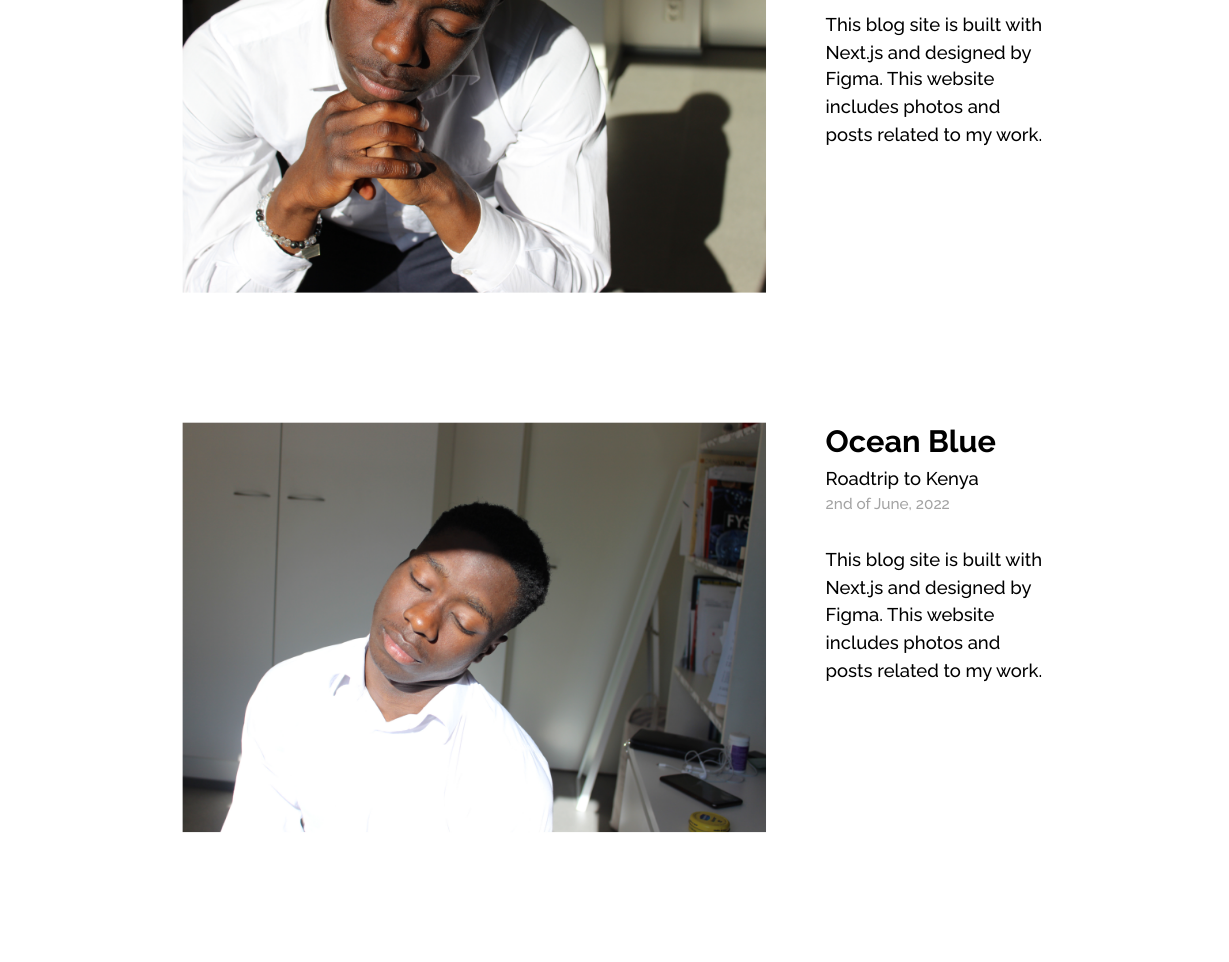
Repository: Graquick/Blog
Page: /photos
An editor plug-in stored every save of this project. The page is shown before and after the next save, followed by the edit.
The browser window is 1280 px wide. The pictures show the whole page, at 96% of full size.
The project was rebuilt for these pictures with package versions that can differ from the ones it lists, and the page was loaded fresh each time. The framework's server and built-in components were replaced by stand-ins that run in the browser. Also part of the build but not shown: next.config.js, components/Footer.js.

Above is the page before, as saved 2022-07-07 14:30:25.

### pages/_app.js
import React, { useState, useEffect, useRef, useCallback } from 'react';
import { AnimatePresence } from 'framer-motion'
import { ThemeProvider } from 'next-themes'
import { useRouter } from 'next/router'
import '../styles/globals.css'

function MyApp({ Component, pageProps }) {
  const timeoutRef = useRef();

  const clearTimer = useCallback(
    () => clearTimeout(timeoutRef.current),
    []
  );

  // useEffect(() => {
  //   if (timeoutRef.current) clearTimer();

  //   timeoutRef.current = setTimeout(() => {
  //     window.scrollTo(0, 0);
  //   }, 10);

  //   return () => {
  //     clearTimer();
  //   };
  // }, [clearTimer]);

  useEffect(() => {
    window.history.scrollRestoration = 'manual'
  }, []);


  return (
    <AnimatePresence>
      <ThemeProvider attribute="class">
        <Component {...pageProps} />
      </ThemeProvider>
    </AnimatePresence>
  )
}

export default MyApp

### pages/_document.js
import { Html, Head, Main, NextScript } from 'next/document'

export default function Document() {
  return (
    <Html>
      <Head />
      <body style={{ fontFamily: "Raleway, Roboto", scrollBehavior: "smooth" }}>
        <Main />
        <NextScript />
      </body>
    </Html>
  )
}

### pages/photos.js
import React, { useState, useEffect, useRef } from 'react';
import Head from 'next/head';
import Image from 'next/image';
import Link from 'next/link';
import { useRouter } from 'next/router';
import { motion, AnimatePresence } from 'framer-motion';
import { Icon } from '@iconify/react';

import profile from '../public/profile.png'
import photo1 from '../public/photo-1.png'
import photo2 from '../public/photo-2.png'

import Footer from "../components/Footer";
import Header from "../components/Header";

const photos = [
    { id: 1, src: photo1 },
    { id: 2, src: photo2 }
]

const desc = [
    { id: 1, title: 'Savannah', info: "Roadtrip to Kenya", date: "2nd of June, 2022", text: "This blog site is built with Next.js and designed by Figma. This website includes photos and posts related to my work." },
    { id: 2, title: 'Ocean Blue', info: "Roadtrip to Kenya", date: "2nd of June, 2022", text: "This blog site is built with Next.js and designed by Figma. This website includes photos and posts related to my work."}
]

const layInfo = {
    fixed: "absolute bottom-[4rem] right-0 m-auto flex flex w-[230px] justify-between"
}

export default function Photos() {
  return (
    <>
      <motion.main className="min-h-screen">
          <div className="absolute top-0 bottom-0 left-0 right-0 m-auto w-fit h-fit">
            <Header />
            <div className="w-[900px] h-fit flex justify-between">
              <div>
                {photos.map((img, i) => (
                  <div key={i} className="mb-32">
                    <Image src={img.src}
                      alt="Img"
                      width={608}
                      height={427}
                      blurDataURL={profile}
                      placeholder="blur"
                      priority
                    />
                  </div>
                ))}
              </div>

              <div>
                {desc.map((desc, i) => (
                  <div key={i} className="w-[230px] h-[430px] flex flex-col gap-8 mb-32">
                    <div>
                      <h1 className="text-[2rem] font-bold w-fit">{desc.title}</h1>
                      <p className="font-medium text-[1.2rem] cursor-default">{desc.info}</p>
                      <span className="font-medium cursor-default text-neutral-400">{desc.date}</span>
                    </div>
                    <p className="font-medium text-[1.2rem] cursor-default">{desc.text}</p>
                  </div>
                ))}
              </div>

              {/* <div className="w-[230px] h-full flex flex-col justify-between">
                <h1 className="text-[2.25rem] font-bold leading-10">Brima Freeman</h1>
                <div className="h-[215px] flex flex-col justify-between">
                  <p className="text-[.9rem]">Hey, I&apos;m a Frontend Developer based in Finland. I enjoy working with Next.js and crafting beautiful front-end experiences.
                  </p>
                  <p className="text-[.9rem]">
                  This blog site is built with Next.js and designed by Figma. This website includes photos and posts related to my work.
                  </p>
                </div>
                <Footer />
              </div> */}
            </div>
        </div>
      </motion.main>
    </>
  )
}

### styles/globals.css
@import url('https://fonts.googleapis.com/css2?family=Press+Start+2P&family=Raleway:wght@300;400;500;600;700&family=Roboto:wght@300;400;500;700&display=swap');
@tailwind base;
@tailwind components;
@tailwind utilities;

* {
  box-sizing: border-box;
}

html,
body {
  padding: 0;
  margin: 0;
}

### components/Header.js
import React, { useState, useEffect, useRef } from 'react';
import Head from 'next/head';
import Image from 'next/image';
import Link from 'next/link';
import { useRouter } from 'next/router';
import { motion, AnimatePresence } from 'framer-motion';
import { Icon } from '@iconify/react';

const Logo = () => {
    return (
        <div className="w-fit flex justify-center gap-2 cursor-pointer transition-all duration-150 ease-in-out group">
            <div className="text-[1.5rem] font-bold uppercase bg-black text-white w-16 h-16 flex items-end justify-end py-0 px-1 ease-in-out dark:bg-zinc-500 dark:text-zinc-400">bf</div><div className="text-[1.5rem] flex items-end justify-end font-bold uppercase text-black ease-in-out dark:text-zinc-500">
                blog
            </div>
        </div>
    )
}

const links = [
    { id: 1, title: 'About', href: '/'},
    { id: 2, title: 'Photos', href: '/photos'},
    { id: 3, title: 'Posts', href: '/posts'}
]

function Header() {
    const router = useRouter();
  return (
    <>
        <main className="left-0 m-auto right-0 py-8 w-full mb-8 h-[8rem] flex justify-between items-center">
            <div >
                <Logo />
            </div>

            <nav className="h-fit">
                <ul className="flex w-[230px] justify-between">
                    {links.map((links, i) => (
                        <div key={i}>
                            <li className={router.pathname === links.href ? "underline-offset-4 underline" : ""}>
                                <Link href={links.href}>
                                    {links.title}
                                </Link>
                            </li>
                        </div>
                    ))}
                </ul>
            </nav>
        </main>
    </>
  )
}

export default Header

### tailwind.config.js
module.exports = {
  content: [
    "./pages/**/*.{js,ts,jsx,tsx}",
    "./components/**/*.{js,ts,jsx,tsx}",
  ],
  darkMode: "class", // "false" or "media"
  theme: {
    extend: {

    },
    screens: {
      '2xl': {'max': '1440px'},
      // => @media (max-width: 1440px) { ... }

      'xl': {'max': '1024px'},
      // => @media (max-width: 1024px) { ... }

      'lg': {'max': '768px'},
      // => @media (max-width: 768px) { ... }

      'md': {'max': '425px'},
      // => @media (max-width: 425px) { ... }

      'sm': {'max': '375px'},
      // => @media (max-width: 375px) { ... }

      'xs': {'max': '320px'},
      // => @media (max-width: 320px) { ... }
    },
    fontFamily: {
      'raleway': "Raleway, sans-serif",
      'roboto': "Roboto, sans-serif",
      'play': "Press\\ Start\\ 2P, cursive"
    }
  },
  plugins: [require('@tailwindcss/forms')],
}

After the next save:
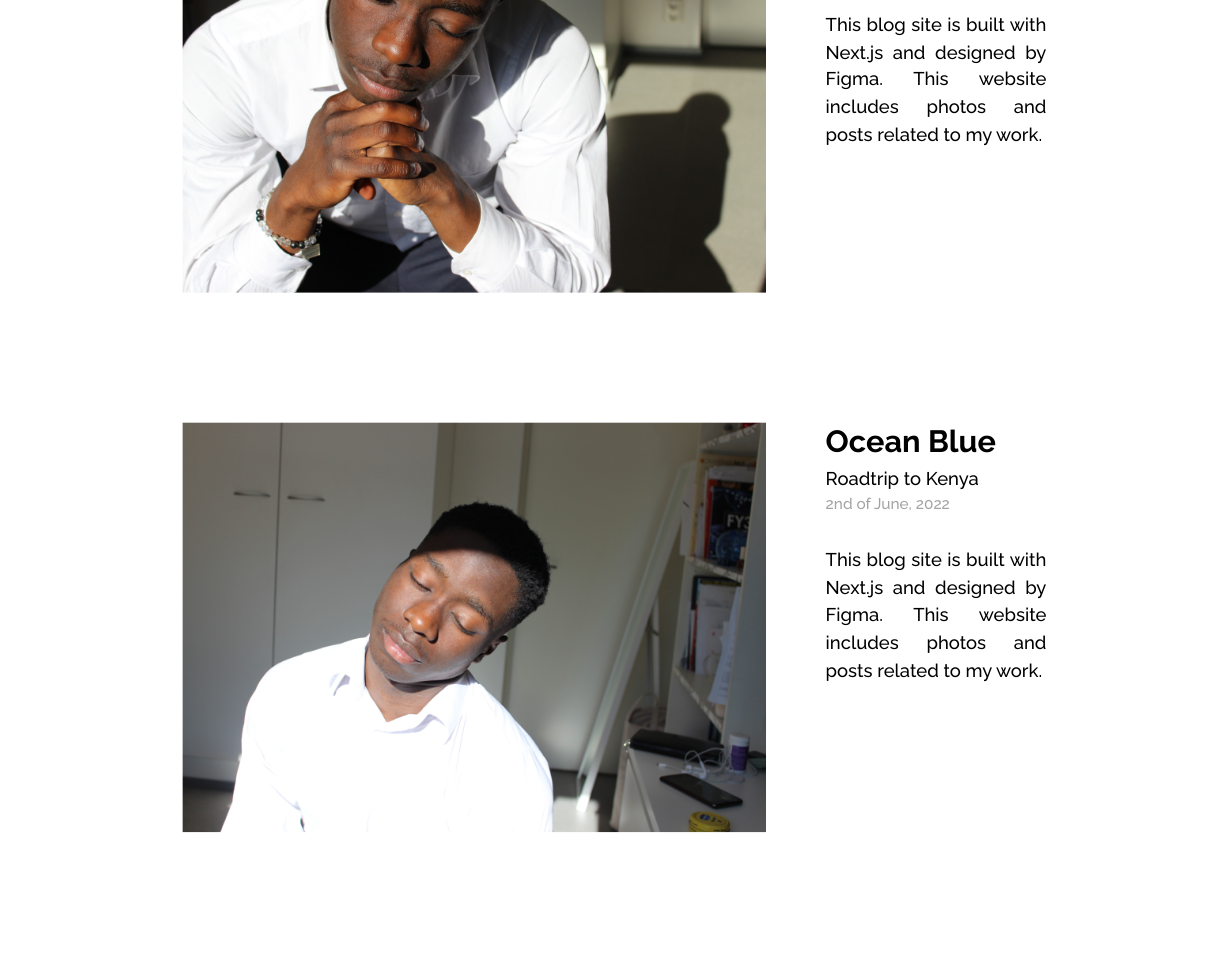
Saved 13 s later.
--- a/pages/photos.js
+++ b/pages/photos.js
@@ -57,7 +57,7 @@ export default function Photos() {
                       <p className="font-medium text-[1.2rem] cursor-default">{desc.info}</p>
                       <span className="font-medium cursor-default text-neutral-400">{desc.date}</span>
                     </div>
-                    <p className="font-medium text-[1.2rem] cursor-default">{desc.text}</p>
+                    <p className="font-medium text-[1.2rem] cursor-default text-justify">{desc.text}</p>
                   </div>
                 ))}
               </div>
